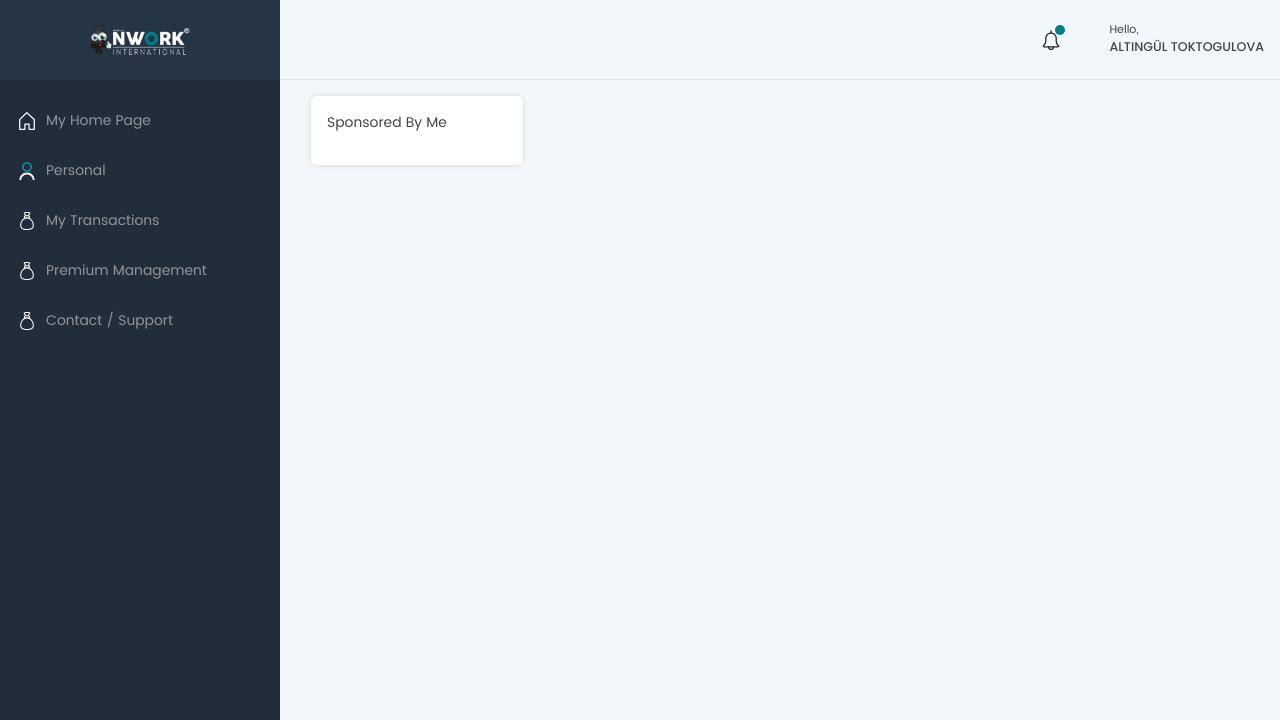
Repository: KayahanKahriman/nwork-admin
Page: index.html
The author's editor kept a copy of each file at every save. The page is drawn from the files as they stood at one save, then again after the next save.
The browser window is 1280 px wide. The pictures show the whole page.
Some web fonts or font styles are not loaded; a fallback is used. The style sheet was rebuilt from its Sass, Less or Tailwind sources for each picture, by a compiler version that may differ from the author's.

Above is the page before, as saved 2021-06-09 16:05:04.

After the next save:
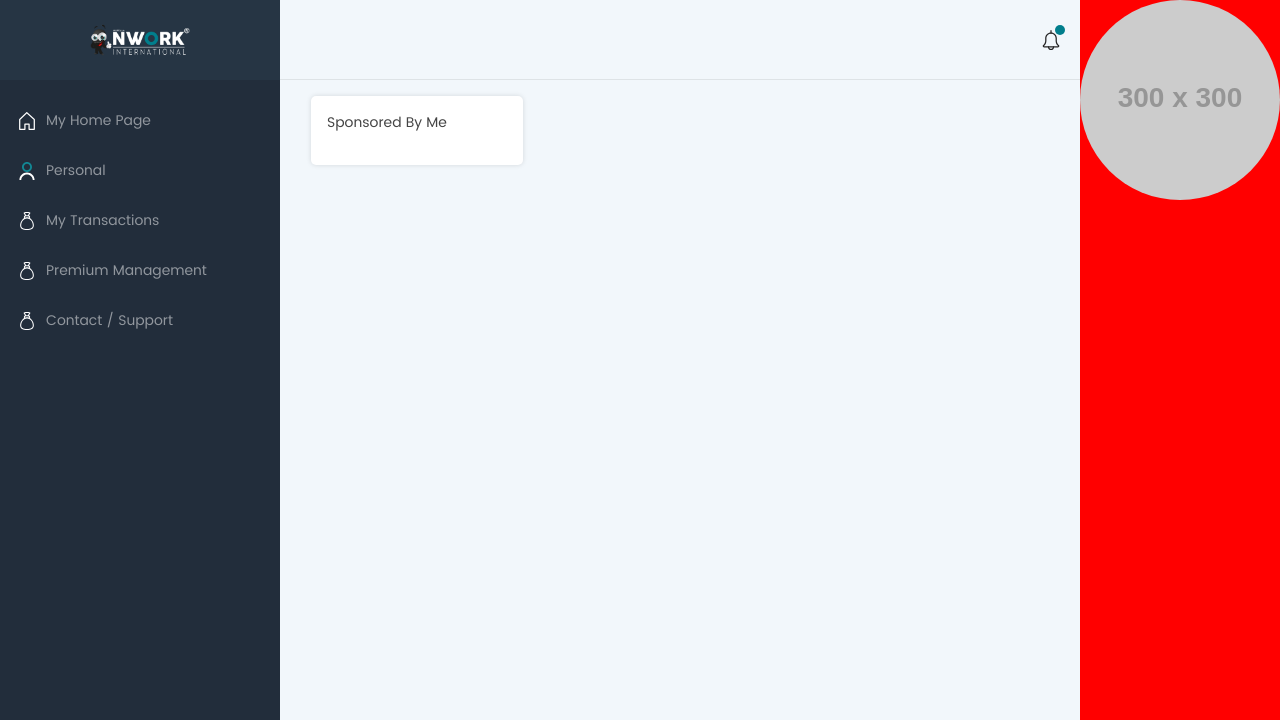
Saved 39 s later.
--- a/assets/scss/_user-aside.scss
+++ b/assets/scss/_user-aside.scss
@@ -1,4 +1,10 @@
 #user-image {
+  width: var(--user-aside-width);
+  position: fixed;
+  top: 0;
+  right: 0;
+  background: red;
+  height: 100vw;
   img {
     border-radius: 50%;
     width: 200px;
